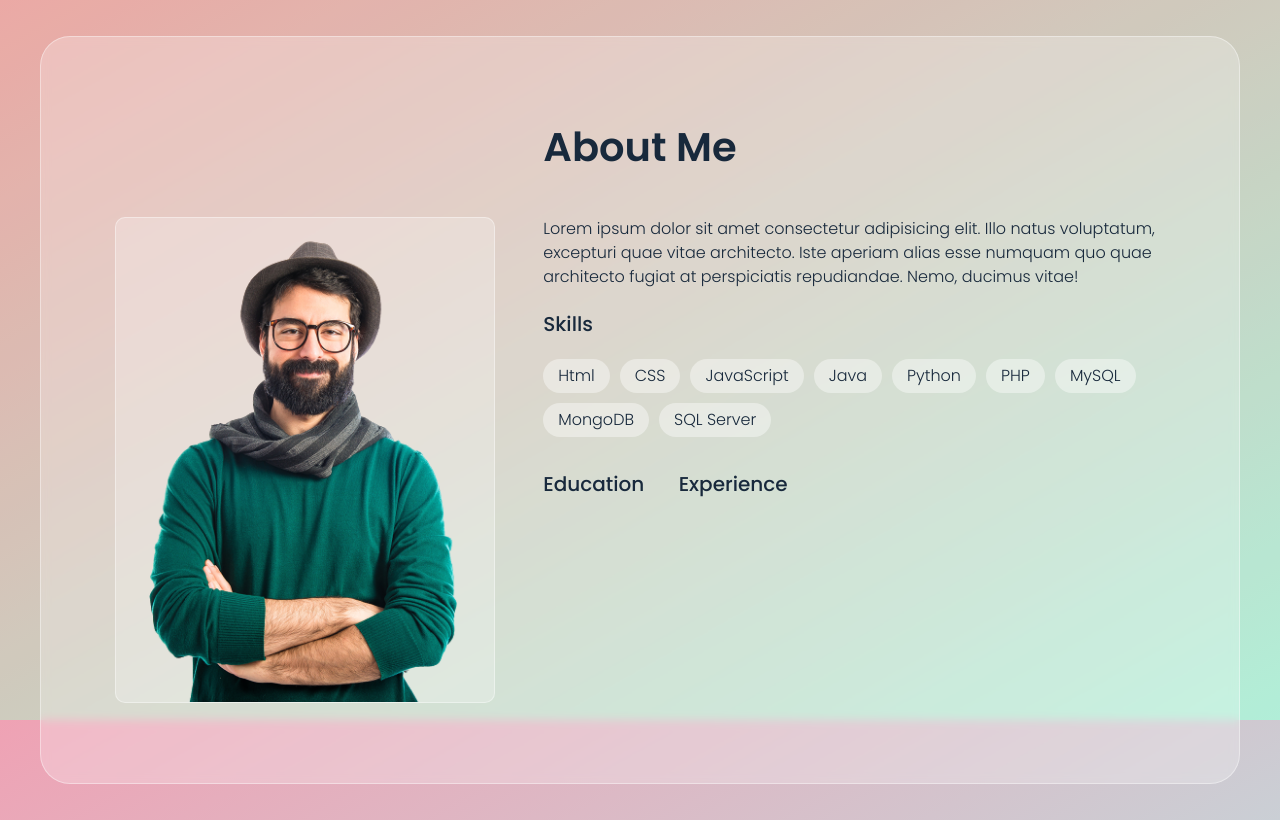
Repository: dewaary/Glassmorp-me
Page: index.html
These files come from the project's save history. The page is drawn as it stood at one moment and after the next save; the edit follows.
The browser window is 1280 px wide. The pictures show the whole page.
Backgrounds fixed to the window are drawn as part of the page.

Above is the page before, as saved 2021-05-25 22:37:54.
Not found: js/script,js

After the next save:
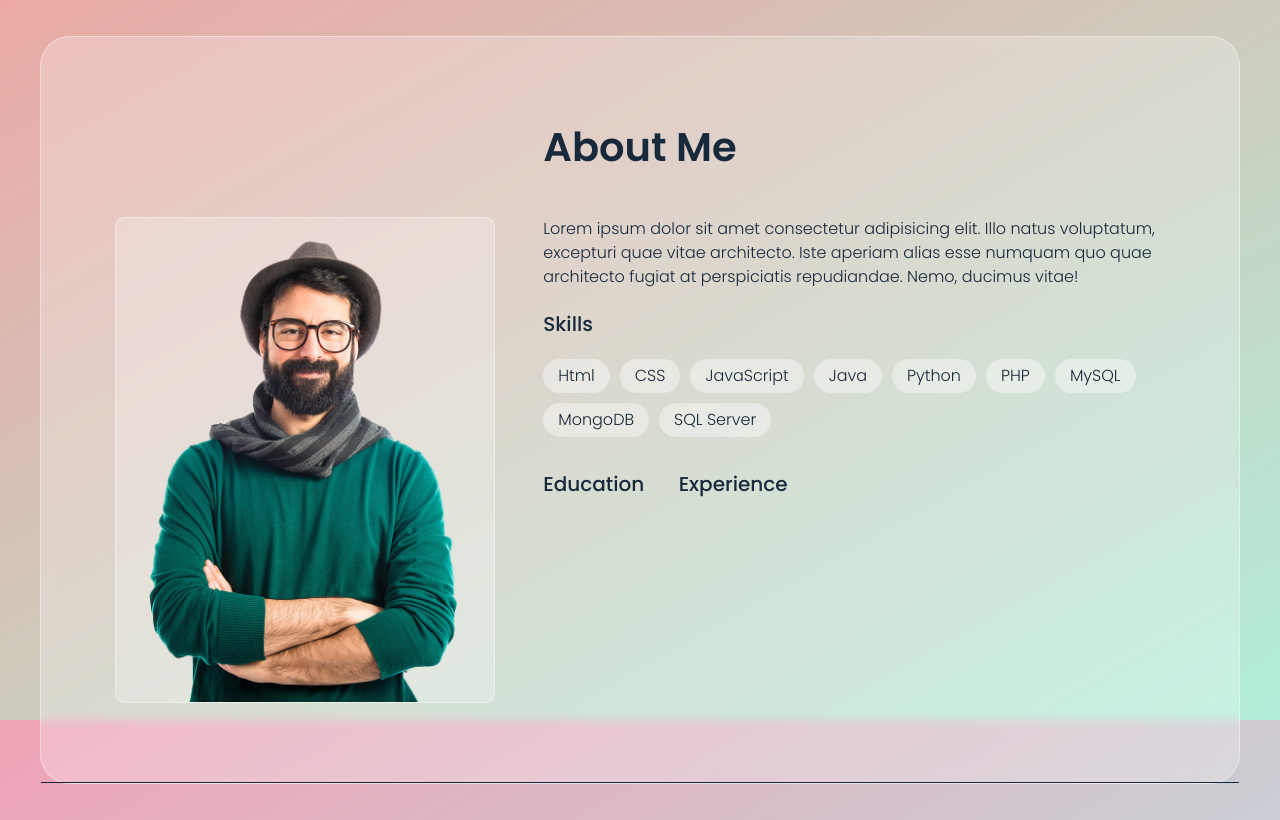
Saved 21 s later.
--- a/style.css
+++ b/style.css
@@ -312,5 +312,6 @@
   left: 0;
   bottom: 0;
   width: 100%;
+  height: 1px;
   background-color: var(--blue-dark);
 }

After the 3 saves that followed:
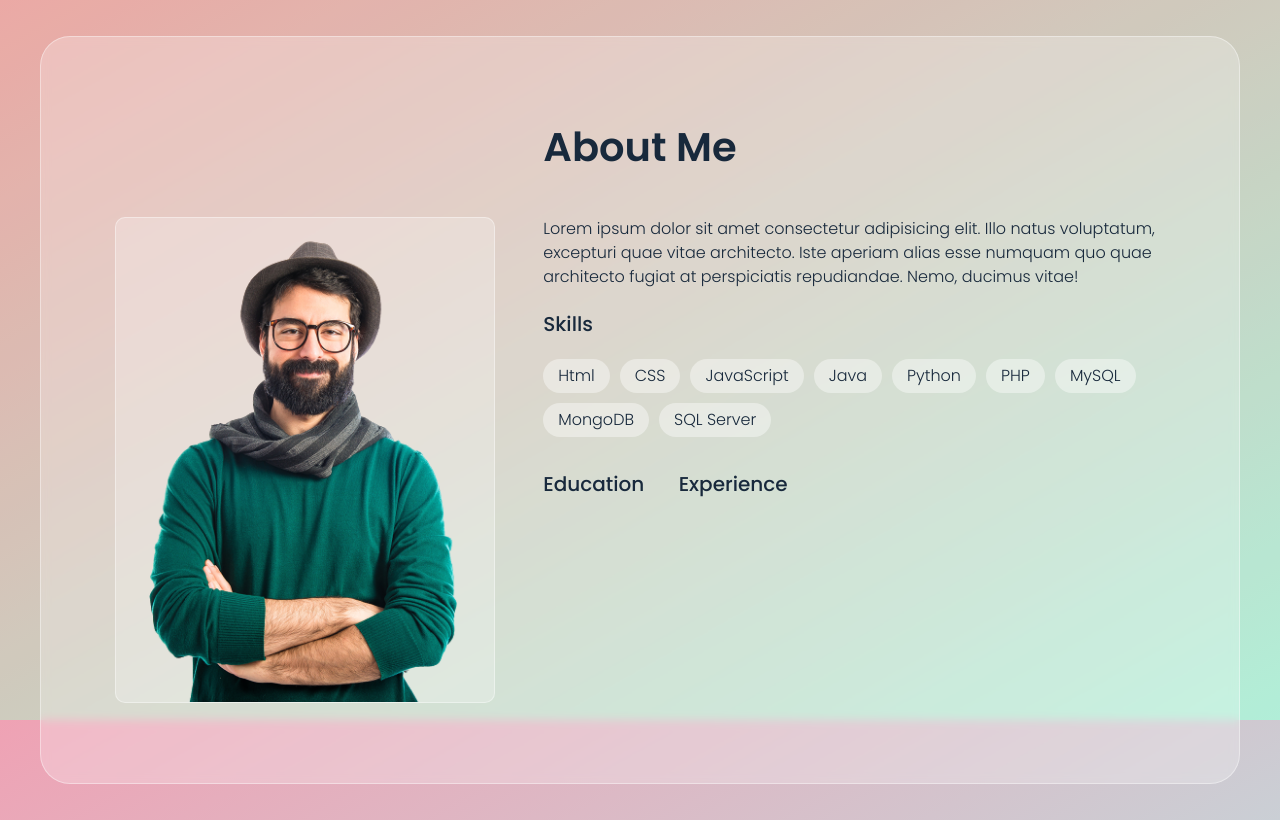
The 3 saves are shown as one change because 2 left the picture as it was.
The last was saved 72 s later.
--- a/style.css
+++ b/style.css
@@ -311,7 +311,12 @@
   position: absolute;
   left: 0;
   bottom: 0;
-  width: 100%;
+  width: 0%;
   height: 1px;
   background-color: var(--blue-dark);
-}
+  transition: width 0.3s ease;
+}
+
+.about-tabs .tab-item:hover::before {
+
+}
